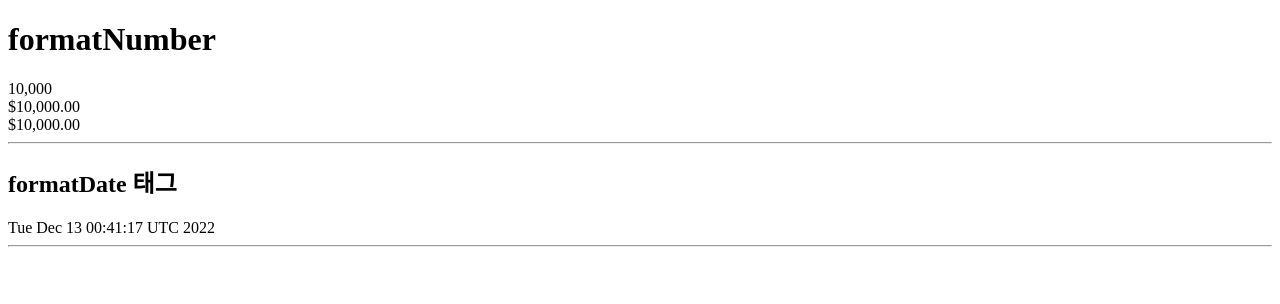
Repository: juhee1020/studying
Page: http://localhost/jsp01_basic/jsp10_jstl/jsp07_format_02.jsp
An editor plug-in stored every save of this project. The page is shown before and after the next save, followed by the edit.
The browser window is 1280 px wide. The pictures show the whole page.
The page is served by Tomcat 9. Other server files are loaded and not shown.

Above is the page before, as saved 2022-12-14 04:11:01.

### JSP/jsp01_basic/WebContent/jsp10_jstl/jsp07_format_02.jsp
<%@page language="java" contentType="text/html; charset=UTF-8" pageEncoding="UTF-8"%>
<%@ taglib prefix="c" uri="http://java.sun.com/jsp/jstl/core" %>
<%@ taglib prefix="fmt" uri="http://java.sun.com/jsp/jstl/fmt" %>
<!DOCTYPE html>
<html>
<head>
<meta charset="UTF-8">
<title>Insert title here</title>
</head>
<body>
	<h1>formatNumber</h1>
	<c:set var="price" value="10000"/>
	<fmt:formatNumber value="${price}" type="number"/><br>
	<fmt:formatNumber value="${price}" type="currency" currencySymbol="$"/><br>
	<fmt:formatNumber value="${price}" type="currency"/><br><hr>

	<h2>formatDate 태그</h2>
	<c:set var="now" value="<%= new java.util.Date() %>"/>
	${now}<br><hr>
</body>
</html>

After the next save:
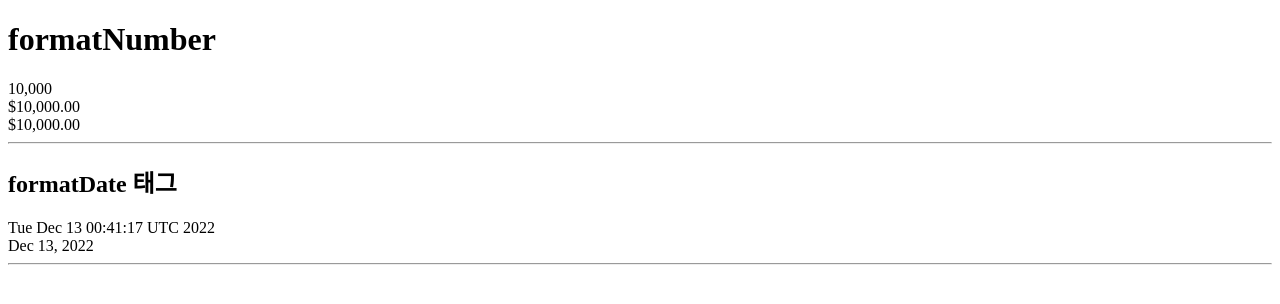
Saved 77 s later.
--- a/JSP/jsp01_basic/WebContent/jsp10_jstl/jsp07_format_02.jsp
+++ b/JSP/jsp01_basic/WebContent/jsp10_jstl/jsp07_format_02.jsp
@@ -16,6 +16,8 @@
 
 	<h2>formatDate 태그</h2>
 	<c:set var="now" value="<%= new java.util.Date() %>"/>
-	${now}<br><hr>
+	${now}<br>
+	<fmt:formatDate value="${now}" type="date"/>
+	<hr>
 </body>
 </html>
